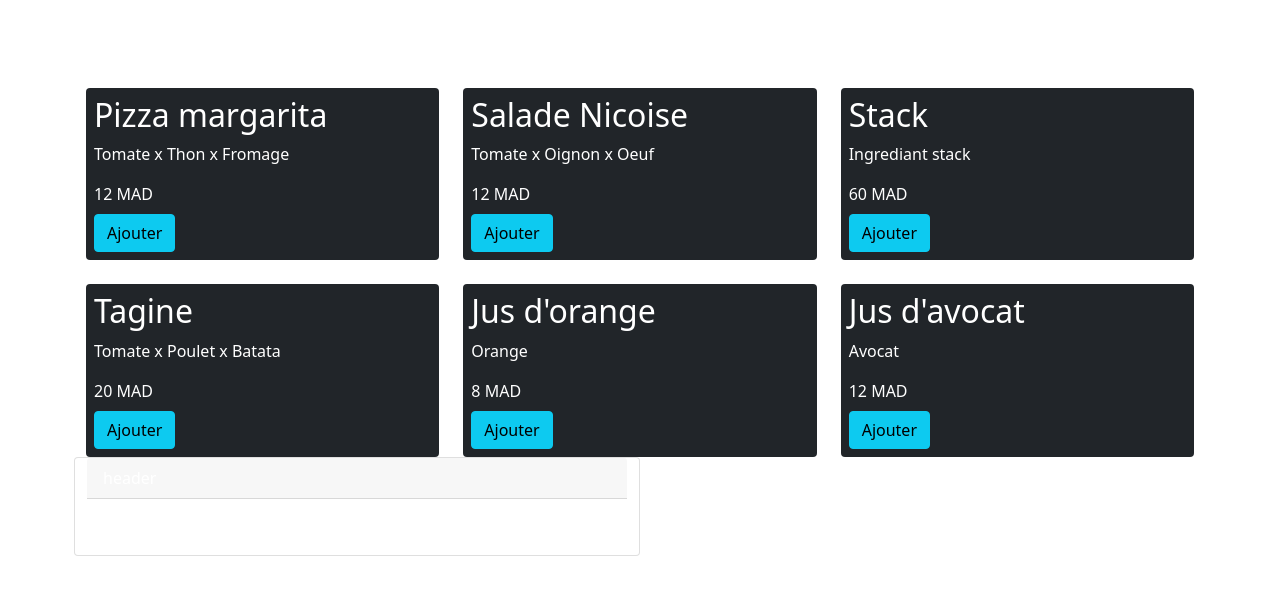
Repository: FS-23/my-restaurant
Page: /
These files come from the project's save history. The page is drawn as it stood at one moment and after the next save; the edit follows.
The browser window is 1280 px wide. The pictures show the whole page.
The project was rebuilt for these pictures with package versions that can differ from the ones it lists, and the page was loaded fresh each time.

Above is the page before, as saved 2022-04-29 14:07:54.

After the next save:
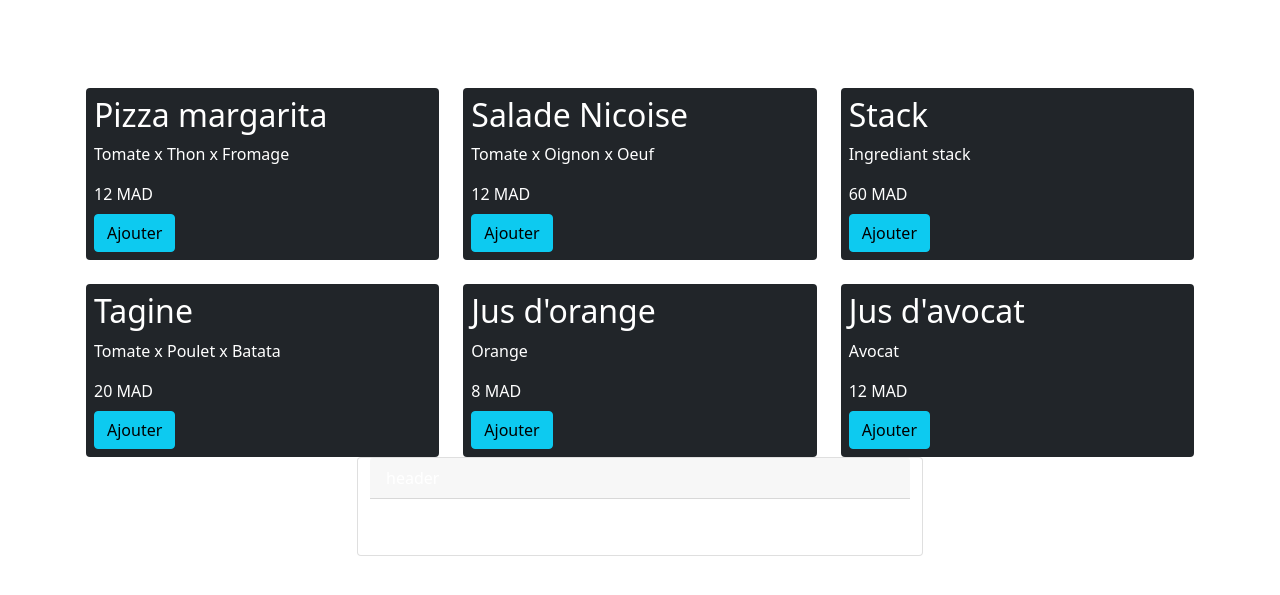
Saved 8 s later.
--- a/src/components/Menu.js
+++ b/src/components/Menu.js
@@ -16,7 +16,7 @@ function Menu(){
            {
                menuList.map((menu) =>   < Plat name= {menu.name} price={menu.price} ingredient={menu.ingredient} />)
            }
-           <div className="card w-50">
+           <div className="card w-50 m-auto">
                  <div className="card-header">header</div>
                   <div className="card-body">body</div>
            </div>
